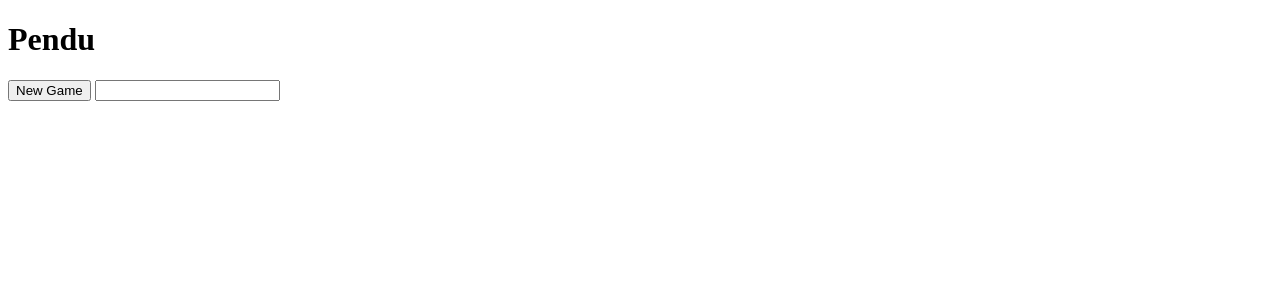
Repository: QuentinFayt/hangmanJs
Page: pendu.html
These files come from the project's save history. The page is drawn as it stood at one moment and after the next save; the edit follows.
The browser window is 1280 px wide. The pictures show the whole page.

Above is the page before, as saved 2022-01-21 13:32:36.

### pendu.html
<!DOCTYPE html>
<html lang="en">

<head>
    <meta charset="UTF-8">
    <meta http-equiv="X-UA-Compatible" content="IE=edge">
    <meta name="viewport" content="width=device-width, initial-scale=1.0">
    <title>Pendu</title>
</head>

<body>
    <h1>Pendu</h1>
    <button id="game">New Game</button>
    <input type="text">
    <script src="dictionnary.js"></script>
    <script src="script.js"></script>
</body>

</html>

### script.js
class Game {
  constructor() {
    this.numberOfTurns = 10;
    this.word;
    this.separators = ["-", " ", "'"];
    this.specialChar = {
      a: ["á", "à", "â", "ä"],
      e: ["é", "è", "ê", "ë"],
      i: ["í", "ì", "î", "ï"],
      o: ["ó", "ò", "ô", "ö"],
      u: ["ú", "ù", "û", "ü"],
      y: ["ý", "ÿ"],
      c: ["ç"],
    };
    this.hiddenWord;
    this.wrongLetters = [""];
    this.loadGame();
  }

  loadGame() {
    this.word = new Dictionnary().getOneWord().split("");
    this.hiddenWord = this.hideWord(this.word);
    let result = this.manageTurns();
    console.clear();
    this.display("draw", this.numberOfTurns - 1);
    this.display("word");
    result ? this.display("win") : this.display("lost");
  }
  manageTurns() {
    let count = 0;
    while (count < this.numberOfTurns) {
      console.clear();
      this.display("draw", count);
      this.display("word");
      this.display(
        "talk",
        `Lettre(s) que vous avez déjà tenté: ${this.wrongLetters.join(" ")}`
      );
      let input = prompt("Devine une lettre");
      input = input ? input[0].toLowerCase() : "";
      if (!this.wrongLetters.includes(input)) {
        let letterGuessed = this.checkLetter(input);
        if (letterGuessed["normal"].length || letterGuessed["special"].length) {
          this.revealLetters(letterGuessed, input);
          if (!this.hiddenWord.includes("_")) {
            return true;
          }
        } else {
          this.wrongLetters.push(input);
          count++;
        }
      }
    }
  }
  hideWord(letters) {
    let word = [];
    letters.forEach((letter) => {
      let elem = this.separators.includes(letter)
        ? this.separators[this.separators.indexOf(letter)]
        : "_";
      word.push(elem);
    });
    return word;
  }
  checkLetter(input) {
    let letterGuessed = { normal: [], special: [] };
    this.word.forEach((letter, index) => {
      if (letter === input) {
        letterGuessed["normal"].push(index);
      }
      if (this.specialChar[input]) {
        this.specialChar[input].forEach((char) => {
          if (letter === char) {
            letterGuessed["special"].push({ [index]: char });
          }
        });
      }
    });
    return letterGuessed;
  }
  revealLetters(chars, input) {
    if (chars["normal"].length) {
      chars["normal"].forEach((letterIndex) => {
        this.hiddenWord[letterIndex] = input.toUpperCase();
      });
    }
    if (chars["special"].length) {
      chars["special"].forEach((specialChar) => {
        this.hiddenWord[Object.keys(specialChar)] =
          Object.values(specialChar)[0].toUpperCase();
      });
    }
  }
  display(talkDrawWord, message = null) {
    let toDo;
    switch (talkDrawWord) {
      case "talk":
        toDo = message;
        break;
      case "draw":
        toDo = this.draw(message);
        break;
      case "word":
        toDo = this.hiddenWord.join(" ");
        break;
      case "win":
        toDo = `Félicitation! Le mot était bien ${this.word.join("")}`;
        break;
      case "lost":
        toDo = `Désolé vous avez perdu! Le mot était ${this.word.join("")}`;
        break;
    }
    console.log(toDo);
  }
  draw(state) {
    let drawing;
    switch (state) {
      case 0:
        drawing = ``;
        break;
      case 1:
        drawing = `
      =========`;
        break;
      case 2:
        drawing = `
        |
        |
        |
        |
        |
      =========`;
        break;
      case 3:
        drawing = `
        +----+
        |
        |
        |
        |
        |
      =========`;
        break;
      case 4:
        drawing = `
        +----+
        |/   |
        |
        |
        |
        |
      =========`;
        break;
      case 5:
        drawing = `
        +----+
        |/   |
        |    O
        |
        |
        |
      =========`;
        break;
      case 6:
        drawing = `
        +----+
        |/   |
        |    O
        |    |
        |
        |
      =========`;
        break;
      case 7:
        drawing = `
        +----+
        |/   |
        |    O
        |    |
        |   /
        |
      =========`;
        break;
      case 8:
        drawing = `
        +----+
        |/   |
        |    O
        |    |
        |   / \\
        |
      =========`;
        break;
      case 9:
        drawing = `
        +----+
        |/   |
        |    O
        |   /|
        |   / \\
        |
      =========`;
        break;
      case 10:
        drawing = `
        +----+
        |/   |
        |    O
        |   /|\\
        |   / \\
        |
      =========`;
        break;
    }
    return drawing;
  }
}
document.querySelector("#game").addEventListener("click", () => {
  new Game();
});

Loaded but not shown: dictionnary.js (library)

After the next save:
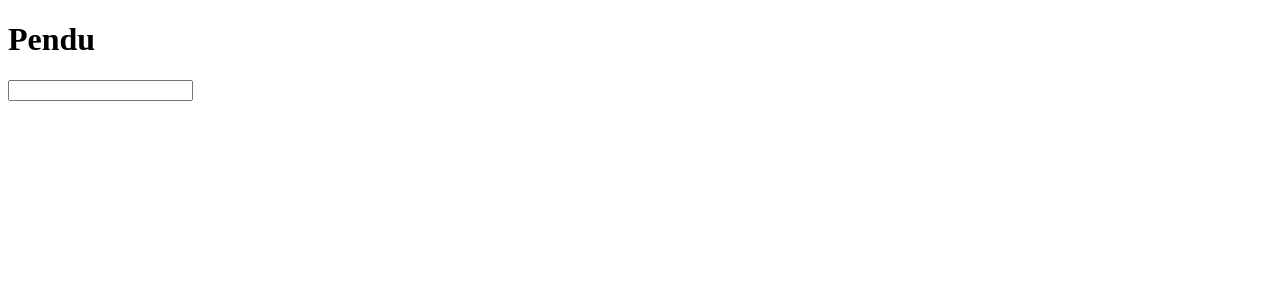
Console error: TypeError: Cannot read properties of null (reading 'addEventListener')
Saved 13 s later.
--- a/pendu.html
+++ b/pendu.html
@@ -10,7 +10,6 @@
 
 <body>
     <h1>Pendu</h1>
-    <button id="game">New Game</button>
     <input type="text">
     <script src="dictionnary.js"></script>
     <script src="script.js"></script>

After the 4 saves that followed:
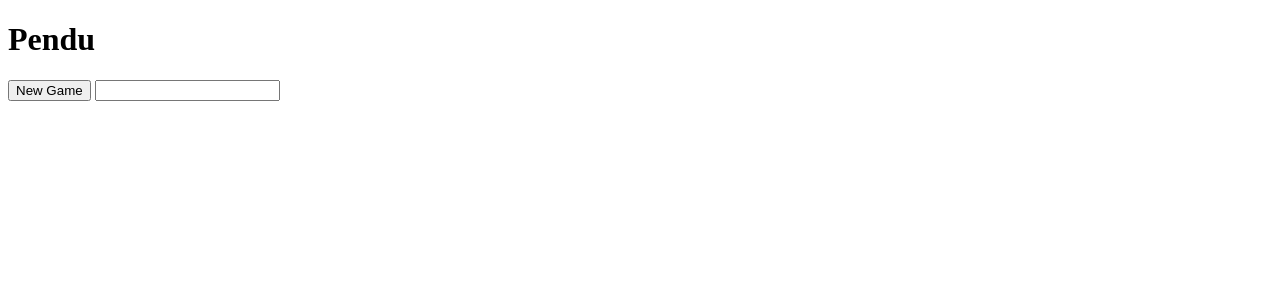
The error is gone.
The 4 saves are shown as one change because 3 left the picture as it was.
The last was saved 3 min 30 s later.
--- a/pendu.html
+++ b/pendu.html
@@ -10,6 +10,7 @@
 
 <body>
     <h1>Pendu</h1>
+    <button id="game">New Game</button>
     <input type="text">
     <script src="dictionnary.js"></script>
     <script src="script.js"></script>
--- a/script.js
+++ b/script.js
@@ -22,7 +22,7 @@ class Game {
     this.hiddenWord = this.hideWord(this.word);
     let result = this.manageTurns();
     console.clear();
-    this.display("draw", this.numberOfTurns - 1);
+    this.display("draw", result);
     this.display("word");
     result ? this.display("win") : this.display("lost");
   }
@@ -43,7 +43,7 @@ class Game {
         if (letterGuessed["normal"].length || letterGuessed["special"].length) {
           this.revealLetters(letterGuessed, input);
           if (!this.hiddenWord.includes("_")) {
-            return true;
+            return count;
           }
         } else {
           this.wrongLetters.push(input);
